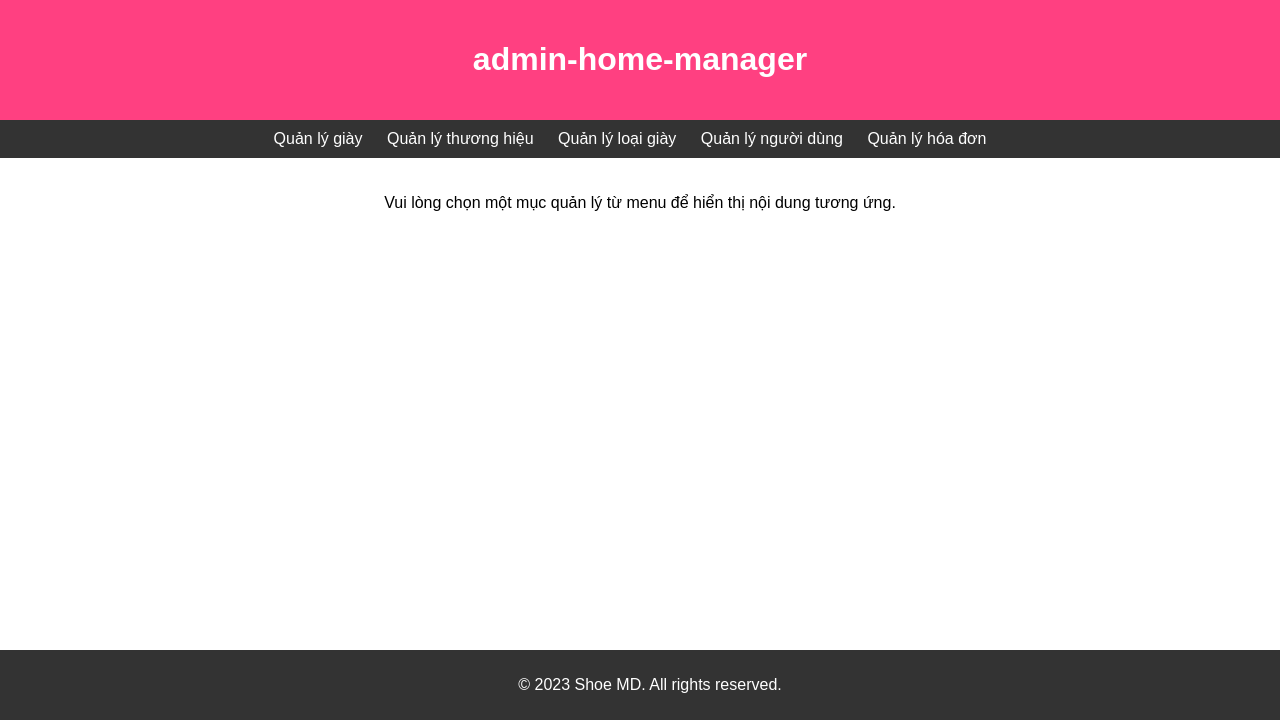
Repository: longsoisuaxe1a/shoe-md
Page: http://localhost/Project_Shoe/WEB-INF/view/admin-home-manager.jsp
An editor plug-in stored every save of this project. The page is shown before and after the next save, followed by the edit.
The browser window is 1280 px wide. The pictures show the whole page.
The page is served by Tomcat 9. Nobody is signed in. Other server files are loaded and not shown. The template is opened directly, without the code that normally fills it, so the values that code supplies are empty.

Above is the page before, as saved 2023-12-20 14:05:33.

### Project_Shoe/src/main/webapp/WEB-INF/view/admin-home-manager.jsp
<%@ page language="java" contentType="text/html; charset=UTF-8"
	pageEncoding="UTF-8"%>
<!DOCTYPE html>
<html>
<head>
<meta charset="UTF-8">
<title>admin-home-manager</title>
<style>
body {
	font-family: 'Arial', sans-serif;
	margin: 0;
	padding: 0;
}

.header {
	background-color: #ff4081; /* Màu hồng pastel */
	color: #fff;
	text-align: center;
	padding: 20px;
}

.menu {
	background-color: #333;
	color: #fff;
	padding: 10px;
	text-align: center; /* Canh giữa nội dung */
}

.menu ul {
	list-style: none;
	margin: 0;
	padding: 0;
}

.menu ul li {
	display: inline;
	margin-right: 20px;
}

.menu a {
	text-decoration: none;
	color: #fff;
	transition: underline 0.3s ease; /* Thêm hiệu ứng chuyển động */
}

.menu a:hover {
	text-decoration: underline;
}

.content {
	text-align: center; /* Canh giữa nội dung */
	padding: 20px;
}

.footer {
	background-color: #333;
	color: #fff;
	text-align: center;
	padding: 10px;
	position: fixed;
	bottom: 0;
	width: 100%;
}
</style>
<script>
        function showContent(contentText) {
    const contentElement = document.getElementById('content');
    contentElement.innerHTML = `<p>${contentText} sẽ được hiển thị ở đây.</p>`;
}

    </script>
</head>
<body>
	<div class="header">
		<h1>admin-home-manager</h1>
	</div>

	<div class="menu">
		<ul>
			<li><a href="admin/list-giay"
				onclick="showContent('Quản lý giày')">Quản lý giày</a></li>
			<li><a href="admin/list-thuonghieu"
				onclick="showContent('Quản lý thương hiệu')">Quản lý thương hiệu</a></li>
			<li><a href="admin/list-loaigiay"
				onclick="showContent('Quản lý loại giày')">Quản lý loại giày</a></li>
			<li><a href="#quan-ly-nguoi-dung"
				onclick="showContent('Quản lý người dùng')">Quản lý người dùng</a></li>
			<li><a href="#quan-ly-hoa-don"
				onclick="showContent('Quản lý hóa đơn')">Quản lý hóa đơn</a></li>
		</ul>
	</div>

	<div class="content" id="content">
		<p>Vui lòng chọn một mục quản lý từ menu để hiển thị nội dung
			tương ứng.</p>
	</div>

	<div class="footer">
		<p>&copy; 2023 Shoe MD. All rights reserved.</p>
	</div>
</body>
</html>

After the next save:
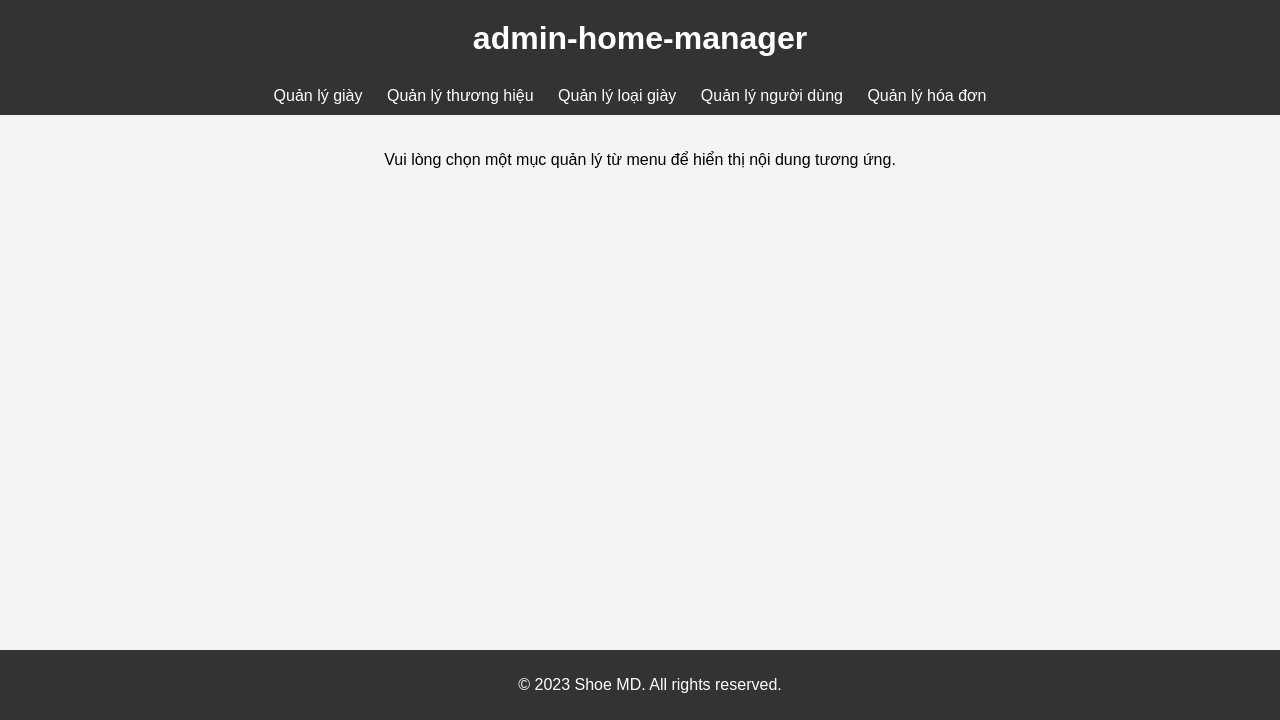
Saved 18 min 11 s later.
--- a/Project_Shoe/src/main/webapp/WEB-INF/view/admin-home-manager.jsp
+++ b/Project_Shoe/src/main/webapp/WEB-INF/view/admin-home-manager.jsp
@@ -7,60 +7,107 @@
 <title>admin-home-manager</title>
 <style>
 body {
-	font-family: 'Arial', sans-serif;
-	margin: 0;
-	padding: 0;
+    font-family: 'Arial', sans-serif;
+    margin: 0;
+    padding: 0;
+    background-color: #f4f4f4; /* Background color for the body */
 }
 
 .header {
-	background-color: #ff4081; /* Màu hồng pastel */
-	color: #fff;
-	text-align: center;
-	padding: 20px;
+    background-color: #333;
+    color: #fff;
+    text-align: center;
+    padding: 20px;
+}
+
+.header h1 {
+    margin: 0; /* Remove default margin for h1 */
+}
+
+.tenDangNhap {
+    background-color: #fff;
+    border: 1px solid #ddd;
+    border-radius: 8px;
+    box-shadow: 0 0 10px rgba(0, 0, 0, 0.1);
+    padding: 20px;
+    text-align: center;
+    max-width: 300px;
+    position: fixed;
+    top: 20px;
+    right: 20px;
+}
+
+.tenDangNhap h5 {
+    color: #333;
+    margin-bottom: 15px;
+}
+
+.logo_user img {
+    max-width: 100%;
+    height: auto;
+    border-radius: 50%;
+    box-shadow: 0 0 5px rgba(0, 0, 0, 0.2);
+    margin-top: 10px;
+}
+
+.logout button {
+    background-color: #4CAF50;
+    color: #fff;
+    padding: 10px 20px;
+    border: none;
+    border-radius: 5px;
+    cursor: pointer;
+    margin-top: 15px;
+    transition: background-color 0.3s ease; /* Smooth transition */
+}
+
+.logout button:hover {
+    background-color: #45a049;
 }
 
 .menu {
-	background-color: #333;
-	color: #fff;
-	padding: 10px;
-	text-align: center; /* Canh giữa nội dung */
+    background-color: #333;
+    color: #fff;
+    padding: 10px;
+    text-align: center;
 }
 
 .menu ul {
-	list-style: none;
-	margin: 0;
-	padding: 0;
+    list-style: none;
+    margin: 0;
+    padding: 0;
 }
 
 .menu ul li {
-	display: inline;
-	margin-right: 20px;
+    display: inline;
+    margin-right: 20px;
 }
 
 .menu a {
-	text-decoration: none;
-	color: #fff;
-	transition: underline 0.3s ease; /* Thêm hiệu ứng chuyển động */
+    text-decoration: none;
+    color: #fff;
+    transition: color 0.3s ease; /* Smooth color transition */
 }
 
 .menu a:hover {
-	text-decoration: underline;
+    color: #ff4081; /* Highlight color on hover */
 }
 
 .content {
-	text-align: center; /* Canh giữa nội dung */
-	padding: 20px;
+    text-align: center;
+    padding: 20px;
 }
 
 .footer {
-	background-color: #333;
-	color: #fff;
-	text-align: center;
-	padding: 10px;
-	position: fixed;
-	bottom: 0;
-	width: 100%;
+    background-color: #333;
+    color: #fff;
+    text-align: center;
+    padding: 10px;
+    position: fixed;
+    bottom: 0;
+    width: 100%;
 }
+
 </style>
 <script>
         function showContent(contentText) {
